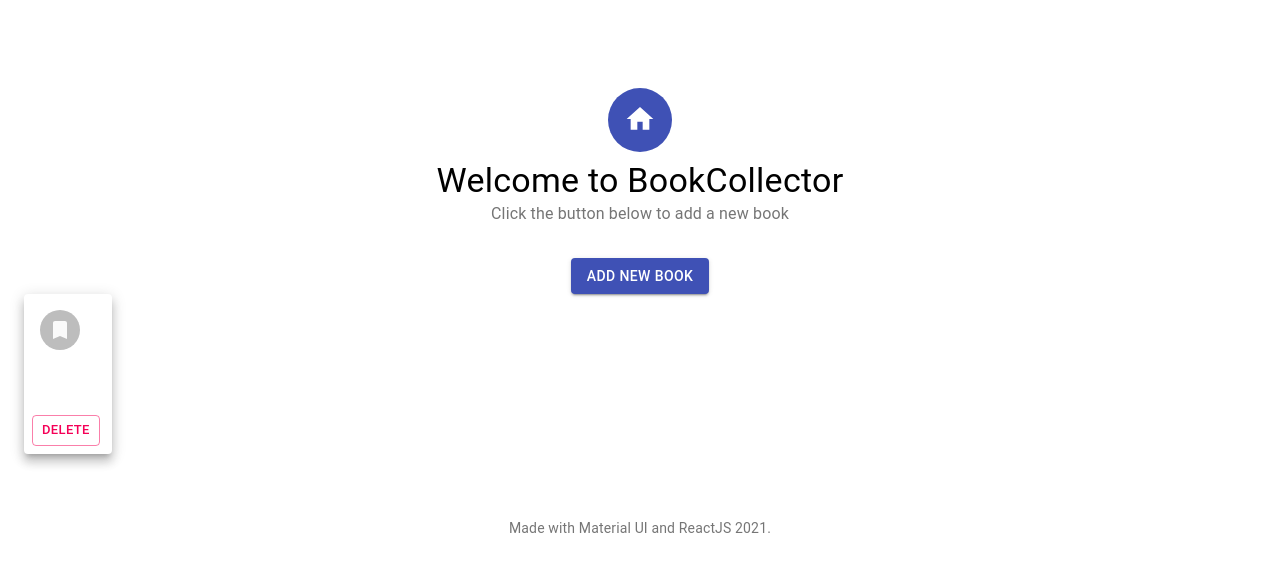
Repository: Colo-Codes/mini-project-react-book-collector
Page: /
An editor plug-in stored every save of this project. The page is shown before and after a run of saves, followed by the edit.
The browser window is 1280 px wide. The pictures show the whole page.
The project was rebuilt for these pictures with package versions that can differ from the ones it lists, and the page was loaded fresh each time. Also part of the build but not shown: src/Books/AddBookForm.js.

Above is the page before, as saved 2021-08-25 11:54:26.

After the next 3 saves:
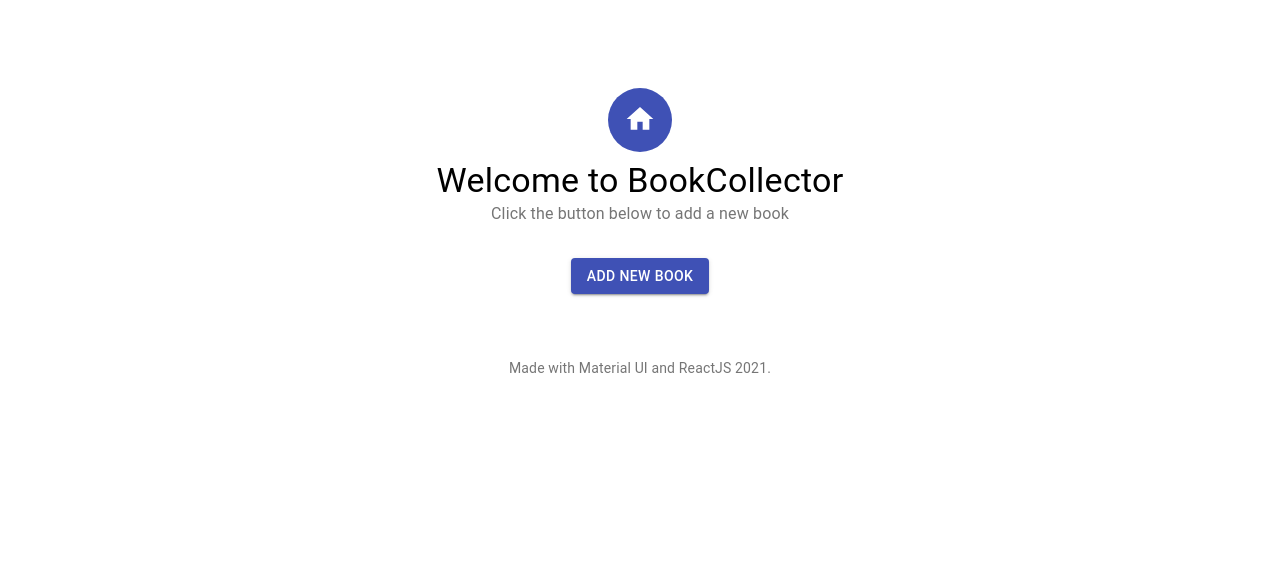
The 3 saves are shown as one change because 2 did not build or start.
The last was saved 2 min 7 s later.
--- a/src/Books/BooksGrid.js
+++ b/src/Books/BooksGrid.js
@@ -3,7 +3,7 @@ import { useState } from 'react';
 import BooksGridItem from './BooksGridItem';
 
 const BooksGrid = props => {
-    const [bookItems, updateBookItems] = useState({ title: '', author: '', id: '' });
+    const [bookItems, updateBookItems] = useState('');
 
     // Update the books array
     if (bookItems.length > 0)
@@ -14,10 +14,9 @@ const BooksGrid = props => {
     return (
         <Container>
             <Grid container>
-                {/* {bookItems.map(bookItem => */}
-                {/* <BooksGridItem key={bookItem.id} title={bookItem.title} author={bookItem.author} /> */}
-                <BooksGridItem key={props.newBookInfo.id} title={props.newBookInfo.title} author={props.newBookInfo.author} />
-                {/* )} */}
+                {bookItems.length > 0 && bookItems.map(bookItem =>
+                    <BooksGridItem key={bookItem.id} title={bookItem.title} author={bookItem.author} />
+                )}
             </Grid>
         </Container>
     );
